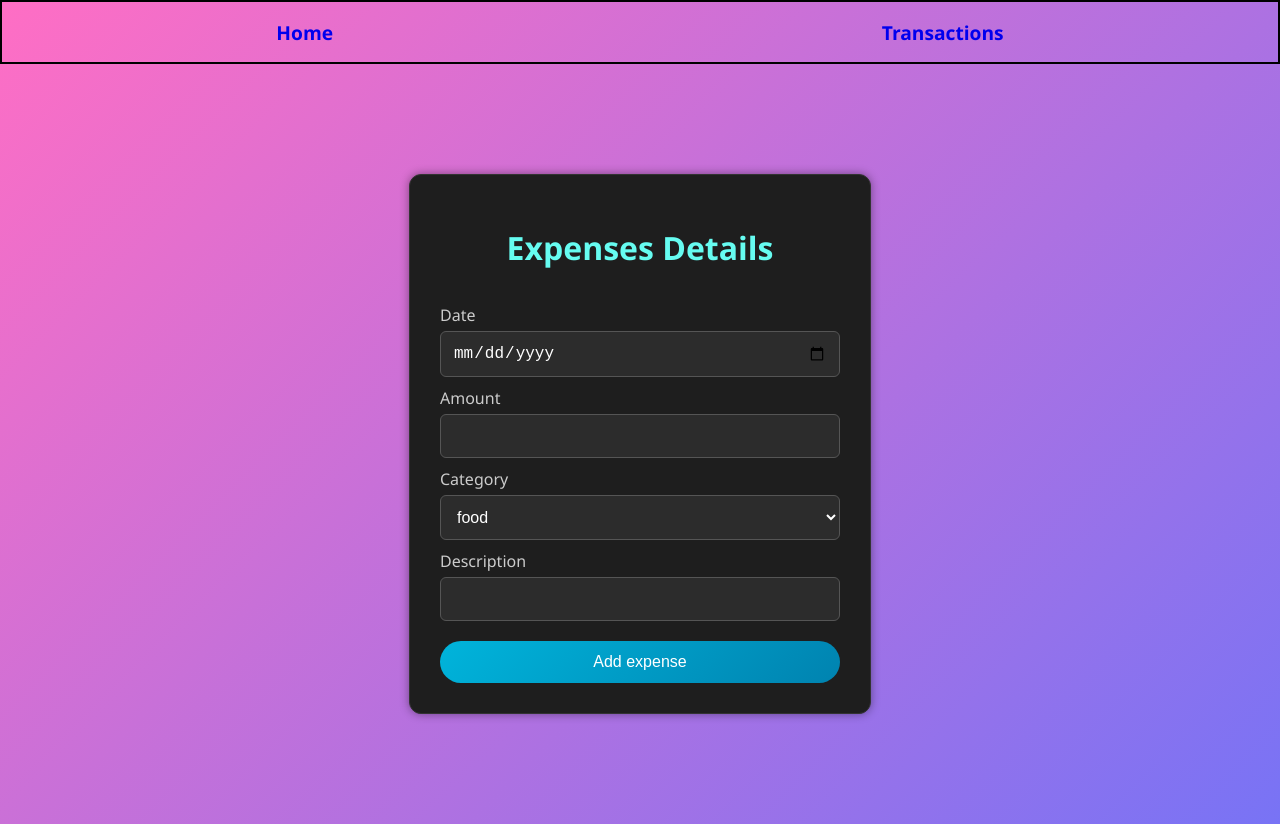
Repository: sarthak-tyagi123/expensetracker12
Page: http://localhost/
These files come from the project's save history. The page is drawn as it stood at one moment and after a run of saves; the edit follows.
The browser window is 1280 px wide. The pictures show the whole page.
The page is served by the project's Node server (app.js).

Above is the page before, as saved 2025-06-29 16:02:31.

After the next 2 saves:
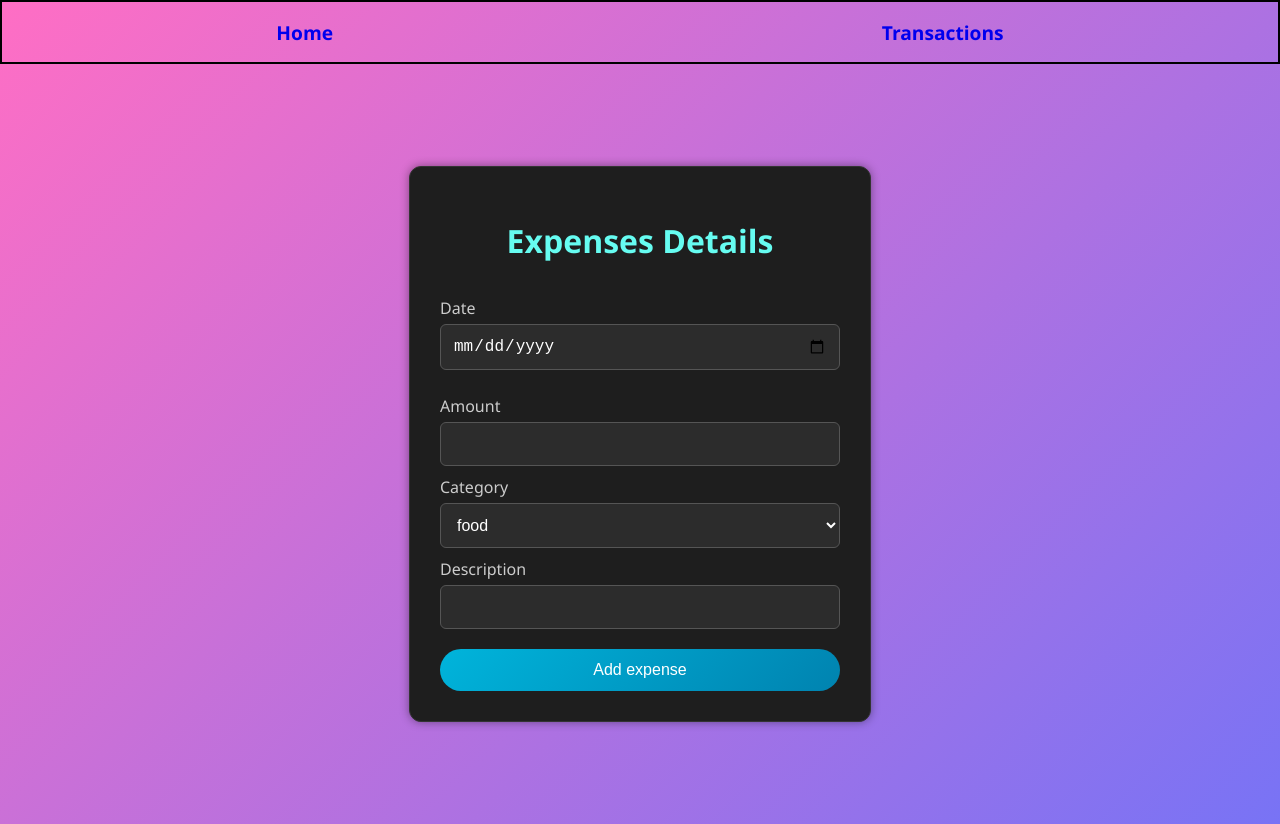
The 2 saves are shown as one change because they came seconds apart.
The last was saved 16 s later.
--- a/views/home.ejs
+++ b/views/home.ejs
@@ -128,6 +128,8 @@
         <label for="date">Date</label>
         <input type="date" name="date">
 
+        <label for="time"></label>
+
         <label for="number">Amount</label>
         <input type="number" name="amount"/>
 
